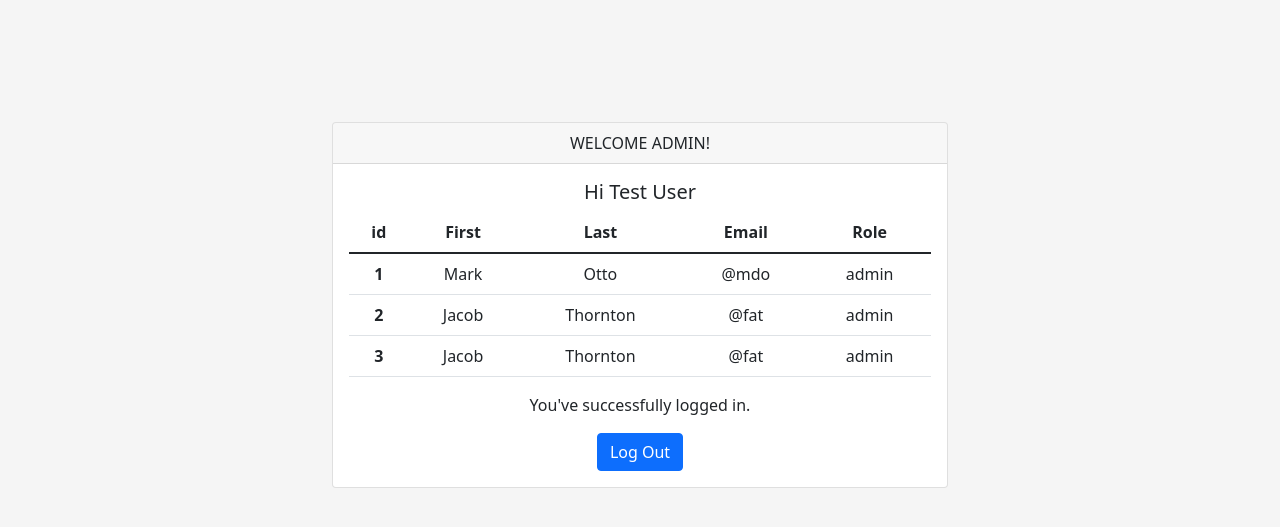
Repository: rabin-bhandari/LOGIN-SIGNUP
Page: http://localhost/welcome.php
The author's editor kept a copy of each file at every save. The page is drawn from the files as they stood at one save, then again after the next save.
The browser window is 1280 px wide. The pictures show the whole page.
The page is run by PHP 8.4 with error messages shown; the project is at /var/www/html/. The session is filled in as if someone had signed in: {"email": "test@example.com", "first_name": "Test User", "last_name": "Test User", "id": 1, "admin": 1}. Other server files are loaded and not shown.

Above is the page before, as saved 2022-03-27 20:14:11.

### welcome.php
<?php

session_start();

if (isset($_SESSION['id']) && isset($_SESSION['email'])) {
?>
  <!DOCTYPE html>
  <html lang="en">

  <head>
    <!-- Required meta tags -->
    <meta charset="utf-8" />
    <meta name="viewport" content="width=device-width, initial-scale=1" />

    <!-- Bootstrap CSS -->
    <link href="https://cdn.jsdelivr.net/npm/bootstrap@5.1.3/dist/css/bootstrap.min.css" rel="stylesheet" integrity="sha384-1BmE4kWBq78iYhFldvKuhfTAU6auU8tT94WrHftjDbrCEXSU1oBoqyl2QvZ6jIW3" crossorigin="anonymous" />
    <link rel="stylesheet" href="main.css" />
    <title>Welcome Screen</title>
  </head>
  <?php
  if ($_SESSION['admin'] == 1) {
  ?>

    <body>

      <div class="container">
        <div class="card text-center">
          <div class="card-header">
            WELCOME ADMIN!
          </div>
          <div class="card-body">
            <h5 class="card-title">Hi <?php echo $_SESSION['first_name']; ?></h5>
            <table class="table table-hover">
              <thead CLASS=>
                <tr>
                  <th scope="col">id</th>
                  <th scope="col">First</th>
                  <th scope="col">Last</th>
                  <th scope="col">Email</th>
                  <th scope="col">Role</th>

                </tr>
              </thead>
              <tbody>
                <tr>
                  <th scope="row">1</th>
                  <td>Mark</td>
                  <td>Otto</td>
                  <td>@mdo</td>
                  <td>admin</td>
                </tr>
                <tr>
                  <th scope="row">2</th>
                  <td>Jacob</td>
                  <td>Thornton</td>
                  <td>@fat</td>
                  <td>admin</td>
                </tr>
                <tr>
                  <th scope="row">3</th>
                  <td>Jacob</td>
                  <td>Thornton</td>
                  <td>@fat</td>
                  <td>admin</td>
                </tr>
              </tbody>
            </table>
            <p class="card-text">You've successfully logged in.</p>
            <a href="logout.php" class="btn btn-primary">Log Out</a>
          </div>
        </div>
      </div>
    </body>

  </html>
<?php
  } else {
?>

  <body>
    <div class="container">
      <div class="card text-center">
        <div class="card-header">
          WELCOME USER!
        </div>
        <div class="card-body">
          <h5 class="card-title">Hi <?php echo $_SESSION['first_name']; ?></h5>
          <p class="card-text">You've successfully logged in.</p>
          <a href="logout.php" class="btn btn-primary">Log Out</a>
        </div>
      </div>
    </div>
  </body>

  </html>
<?php

  }
} else {
  header("Location: index.php");
  exit();
}
?>

### main.css
body {
  display: flex;
  justify-content: center;
  align-items: center;
  padding-top: 10vh;
  background-color: #f5f5f5;
}

.container {
  display: table;
  max-width: 50vw;
  margin: 50px auto;
}

.nav-tabs .nav-link {
  margin-bottom: -2px;
}

form {
  padding: 30px;
  background-color: #fff;
}

After the next save:
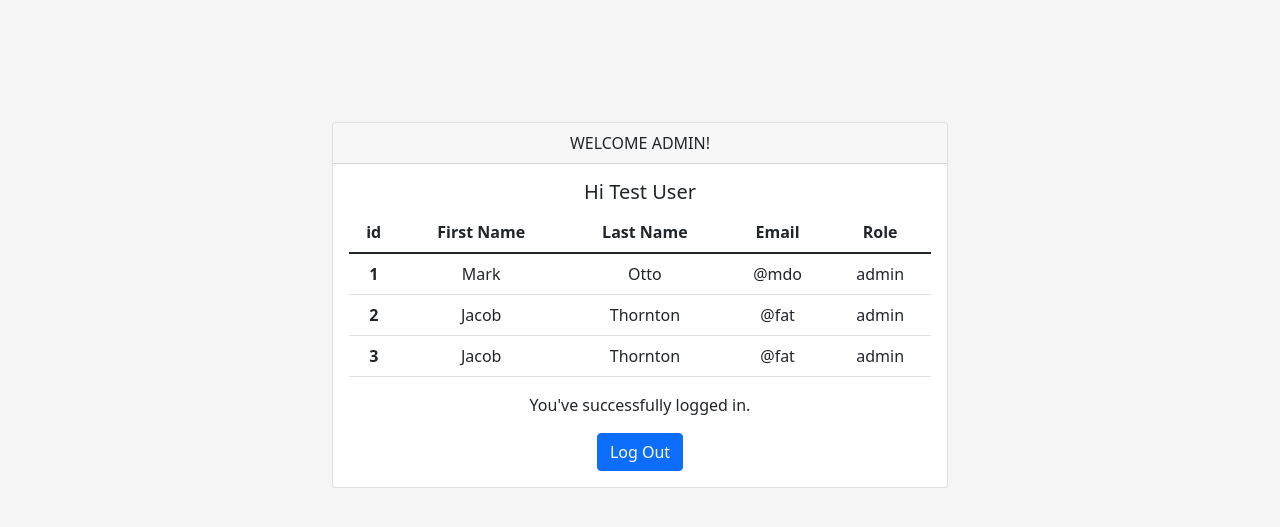
Saved 23 s later.
--- a/welcome.php
+++ b/welcome.php
@@ -34,8 +34,8 @@ if (isset($_SESSION['id']) && isset($_SESSION['email'])) {
               <thead CLASS=>
                 <tr>
                   <th scope="col">id</th>
-                  <th scope="col">First</th>
-                  <th scope="col">Last</th>
+                  <th scope="col">First Name</th>
+                  <th scope="col">Last Name</th>
                   <th scope="col">Email</th>
                   <th scope="col">Role</th>
 
